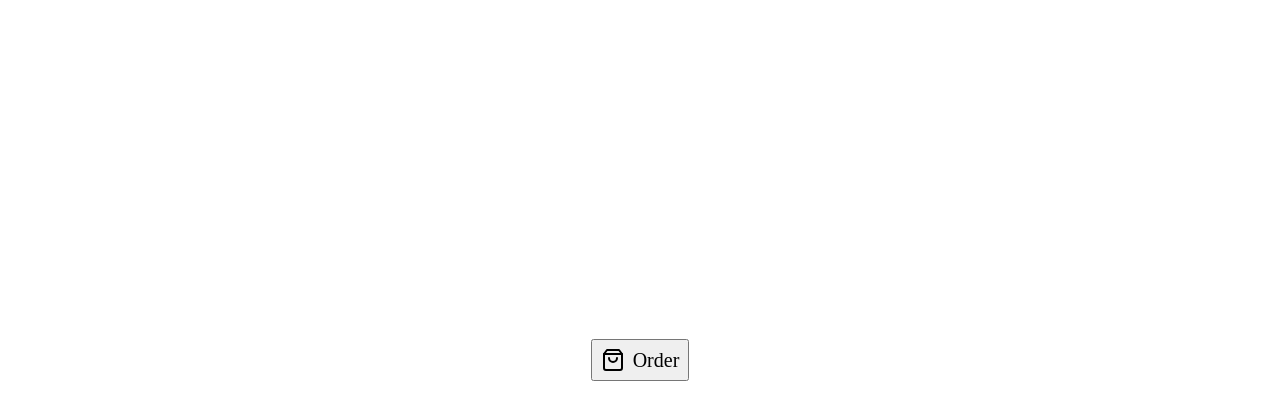
Repository: hjubsoni/hex-ocean-task
Page: /
These files come from the project's save history. The page is drawn as it stood at one moment and after the next save; the edit follows.
The browser window is 1280 px wide. The pictures show the whole page.
The project was rebuilt for these pictures with package versions that can differ from the ones it lists, and the page was loaded fresh each time. Also part of the build but not shown: vite.config.ts.

Above is the page before, as saved 2023-03-20 21:14:43.

After the next save:
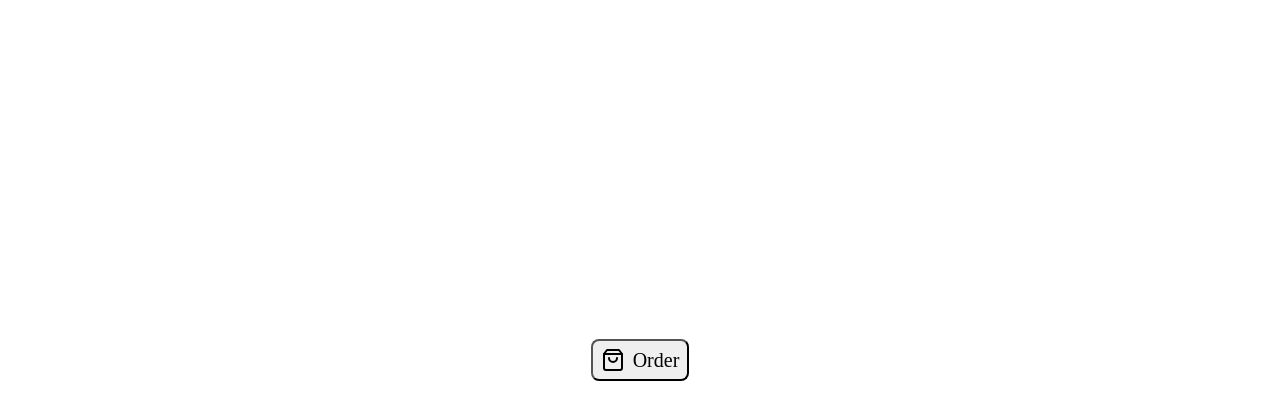
Saved 3 min 11 s later.
--- a/src/App.css
+++ b/src/App.css
@@ -10,6 +10,7 @@
   align-items: center;
   padding: 4px 8px;
   gap: 8px;
+  border-radius: 8px;
 }
 
 .order-button-text {
